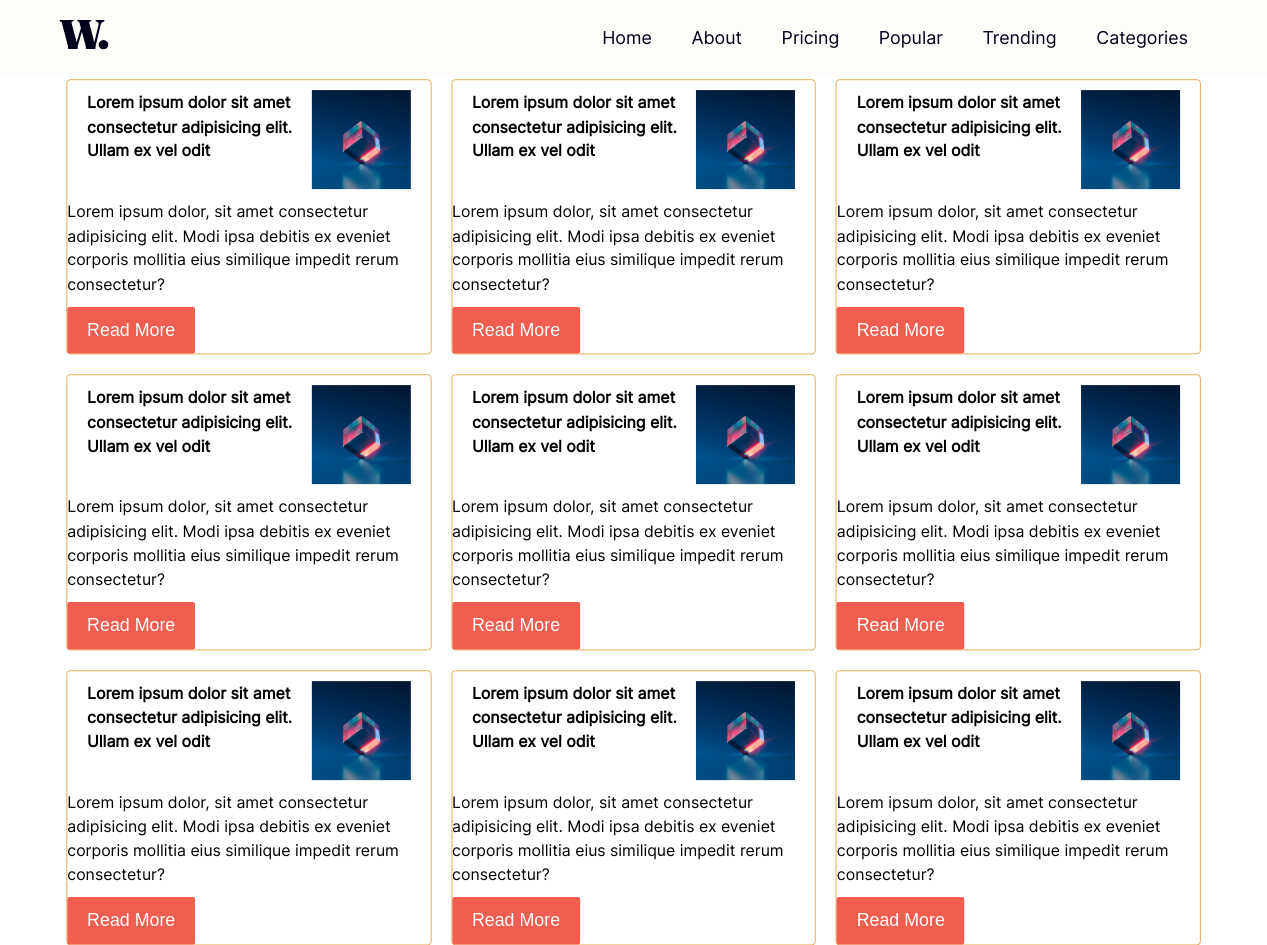
Repository: Benedict-Anthony/web3.0-blog-chain
Page: /trending
These files come from the project's save history. The page is drawn as it stood at one moment and after the next save; the edit follows.
The browser window is 1280 px wide. The pictures show the whole page, at 99% of full size.
The project was rebuilt for these pictures with package versions that can differ from the ones it lists, and the page was loaded fresh each time. The framework's server and built-in components were replaced by stand-ins that run in the browser. Also part of the build but not shown: next.config.js, styles/styles.css.

Above is the page before, as saved 2022-12-21 03:10:47.

### pages/_app.tsx
import '../styles/globals.scss'
import type { AppProps } from 'next/app'
import NavBar from '../components/NavBar'
import "@/styles/styles.css"
export default function App({ Component, pageProps }: AppProps) {
  return (
    <>
      <NavBar />
      <Component {...pageProps} />
    </>
  )
}

### pages/trending.tsx
import Layout from 'components/Layout'
import React from 'react'
import TrendingStyles from "@/styles/Trending.module.scss"
import Trending from 'components/Trending'
import { GetStaticProps } from 'next';

export const getStaticProps: GetStaticProps = async () => {
    // const apiKey = process.env.REACT_APP_RAPID_API_KEY || ""
    // const apiHost = process.env.REACT_APP_RAPID_NEWS_API_HOST || ""
    // // const params = {q: 'crytocurrency', freshness: 'Day', textFormat: 'Raw', safeSearch: 'Off'}
    // const url = `https://bing-news-search1.p.rapidapi.com/news/search?q=cryptocurrency&safeSearch=Off&textFormat=Raw&freshness=Day&count=100`
    // const config = {
    //     headers: {
    //         'X-RapidAPI-Key': apiKey,
    //         'X-RapidAPI-Host':apiHost,
    //         // "Accept-Language": "EN"
    //     }
    // }


    // const response = await fetch(url, config)
    // const data = await response.json()
    // console.log(data)
    return {
        props: {
            // news:data.value
            news:[1,2,3,4,5,6,7,8,9]
        }
    }
}
type TrendingProps = {
    news: {
        id: number
        name: string
        date: string
        slug: string
        image: { thumbnail: { contentUrl: string } }
        description:string
    }[]
}
const TrendingPage = ({news}:TrendingProps) => {

  return (
    <Layout>
          <section className={TrendingStyles.section}>
          {news.map((item) => (
              <Trending news={item} key={item.id}/>
          ))}



              </section>
    </Layout>

  )
}

export default TrendingPage

### styles/globals.scss
:root{
  --SoftOrange: hsl(35, 77%, 62%);
  --SoftRed: hsl(5, 85%, 63%);

  --Red: hsl(0, 78%, 62%);
  --Cyan: hsl(180, 62%, 55%);
  --Orange: hsl(34, 97%, 64%);
  --Blue: hsl(212, 86%, 64%);

  --OffWhite: hsl(36, 100%, 99%);
  --GrayishBlue: hsl(233, 8%, 79%);
  --DarkGrayishBlue: hsl(236, 13%, 42%);
  --VeryDarkBlue: hsl(240, 100%, 5%);
}

@font-face{
  font-family: "Inter";
  src: url("/landing/assets/fonts/static/inter-Bold.ttf");
  src: url("/landing/assets/fonts/static/inter-ExtraBold.ttf");
  src: url("/landing/assets/fonts/static/inter-Regular.ttf");
}

*::after, *::before, *{
  padding: 0;
  margin: 0;
  box-sizing: border-box;
  transition: all .3s ease;
  line-height: 1.54em;
}


ul,li{
  list-style: none;
}

html{
  scroll-behavior: smooth;
}

body{
  font-family: "Inter";
}

.swiper {
    overflow: visible;
}

### components/NavBar.tsx
import React from 'react'
import {useState} from "react"
import Image from 'next/image'
import Link from 'next/link';
import NavBarStyles from "@/styles/navBar.module.scss";

const NavBar = () => {
  const [mobileActive, setMobileActive] = useState(false)
  return (

        <header className={NavBarStyles.header}>
          <nav className={NavBarStyles.nav}>
               <div className="logo">
                <Image src="/landing/assets/images/logo.svg" alt="" width={50} height={30} />
              </div>

              <ul style={{
                right: mobileActive ? "0" : "calc(100vw + 50px)"
              }}>
                  <li><Link href={"/"}>Home</Link></li>
                  <li><Link href={"/about"}>About</Link></li>
                  <li><Link href={"/pricing"}>Pricing</Link></li>
                  <li><Link href={"/popular"}>Popular</Link></li>
                  <li><Link href={"/trending"}>Trending</Link></li>
                  <li><Link href={"/categories"}>Categories</Link></li>

              </ul>

                  <div className={NavBarStyles.toggler} onClick={() => setMobileActive(!mobileActive)}>
                      <Image src={`/landing/assets/images/${mobileActive ? "icon-menu-close.svg" : "icon-menu.svg"}`} alt="" width={25} height={20} />
            </div>

         </nav>
    </header>

  )
}

export default NavBar

### components/Layout.tsx
import React from 'react'
import UtilsStyles from "@/styles/Utils.module.scss";
import {ReactNode} from "react"

type layoutProps = {
    children: ReactNode
}
const Layout = ({children}:layoutProps) => {
  return (
    <main className={UtilsStyles.container}>
      <section className={UtilsStyles.spaceY}>
        {children}
      </section>
      </main>
  )
}

export default Layout

### styles/Trending.module.scss
.article{
    border: 1px solid var(--SoftOrange);
    border-radius: 4px;

    &:hover{
        transform: scale(.99);
    }
    div{
        width: 100%;
        position: relative;
        display: flex;
        justify-content: space-between;
        align-items: flex-start;
        img{
            width: 100px;
            float: right;
        }

    }

    div{
        padding: 10px 20px;
        // text-align: center;
        p{
            padding: 10px 0;
            font-size: 1.2rem;
            // text-align:left;
        }
    }
}

.section{
    display: grid;
    grid-template-columns: repeat(auto-fit, minmax(22rem, 1fr));
    justify-content: space-between;
    align-items: center;
    gap: 20px;
}

### components/Trending.tsx
import React from 'react'
import TrendingStyles from "@/styles/Trending.module.scss"
import Button from './Button'
type TrendingProps = {
    news: {
        id: number
        name: string
        date: string
        slug: string
      image: { thumbnail: { contentUrl: string } }
        description:string
    }
}

const Trending = ({news}:TrendingProps) => {
  return (
    <article className={TrendingStyles.article}>
      <div>
              <h4>Lorem ipsum dolor sit amet consectetur adipisicing elit. Ullam ex vel odit </h4>

              {/* <img src={news.image ? news.image.thumbnail.contentUrl : "nft/images/image-equilibrium.jpg"} alt="" /> */}
              <img src={"nft/images/image-equilibrium.jpg"} alt="" />
              <span>{news.date}</span>
          </div>

          {/* <div> */}
        {/* <p>{news.description}</p> */}
        <p>Lorem ipsum dolor, sit amet consectetur adipisicing elit. Modi ipsa debitis ex eveniet corporis mollitia eius similique impedit rerum consectetur?</p>

              <Button title='read more'/>
          {/* </div> */}
    </article>
  )
}

export default Trending

### styles/navBar.module.scss
.header{
    position: fixed;
    top: 0;
    right: 0;
    left: 0;
    // max-width: 1160px;
    margin: 0 auto;
    padding: 20px;
     background-color: var(--OffWhite);
     z-index:10;
    //  box-shadow:  2px 1px 3px var(--DarkGrayishBlue);
}

.nav{
    display: flex;
    justify-content: space-between;
    align-items: center;
     max-width: 1160px;
    margin: 0 auto;

    .logo{
        width: 50px;
    }

    ul{
        display: flex;
        align-items: center;
        justify-content: space-between;

        li{
            margin: 0 20px;

            a{
                text-decoration: none;
                font-size: 18px;
                color: var(--VeryDarkBlue);
                font-family: "Inter";
                font-weight: 400;
                &:hover{
                    color: var(--SoftRed);
                    cursor: pointer;
                }
            }
        }
    }

    @media(max-width:767px) {
        ul{
            position: absolute;
            top: 0;
            width: 80%;
            background-color: var(--OffWhite);
            box-shadow: 2px 2px 3px var(--DarkGrayishBlue);
            height: 100vh;
            flex-flow: column;
            justify-content: center;
            align-items: flex-start;
            padding-left: 10px;

            li{
                margin: 20px 0;

                a{
                    font-size: 22px;
                }
            }

        }


    }
}



.toggler{
        display: none;


        @media(max-width:767px) {
            display: block;
            z-index: 10;
        }
    }

### styles/Utils.module.scss
.container{
    max-width: 1160px;
    margin: 0 auto;
    overflow:hidden;
    padding: 0 7px;
}

.spaceY{
    padding-top: 2.5rem;
    margin-top: 2.5rem;
}

### components/Button.tsx
import React from 'react'
import ButtonbStyles from "@/styles/Button.module.scss"
type ButtonProps = {
    title:string
}
const Button = ({title}: ButtonProps) => {
  return (
    <button className={ButtonbStyles.button}>
      {title}
    </button>
  )
}

export default Button

### styles/Button.module.scss
.button{
    display: inline-block;
    color: var(--OffWhite);
    padding: 10px 20px;
    border: 0;
    background-color: var(--SoftRed);
    margin-top: 10px;
    font-size: 18px;
    border-radius: 2px;
    text-transform: capitalize;

    &:hover{
        cursor: pointer;
        background-color: var(--VeryDarkBlue);
    }
}

After the next save:
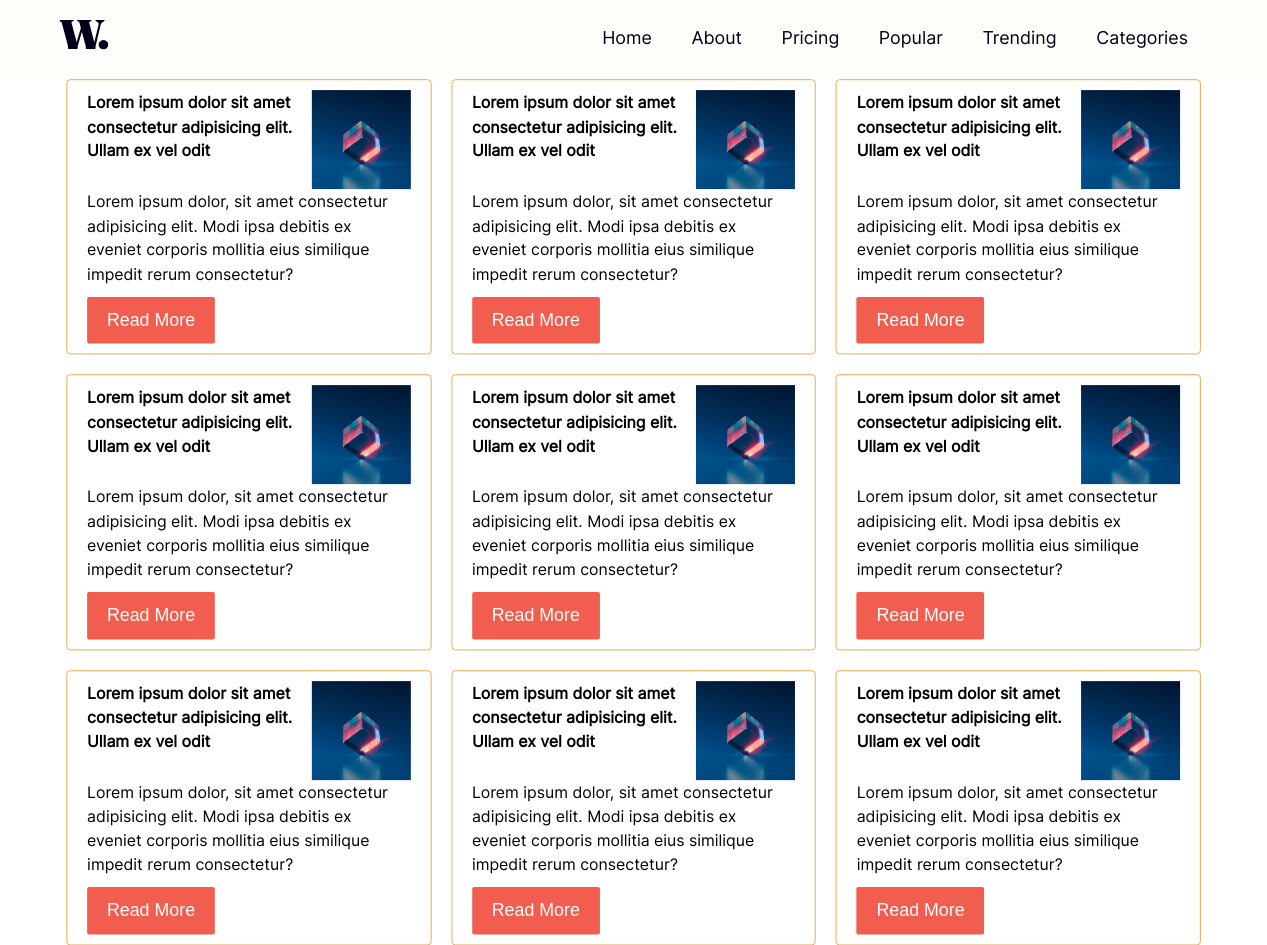
Saved 38 s later.
--- a/styles/Trending.module.scss
+++ b/styles/Trending.module.scss
@@ -1,6 +1,7 @@
 .article{
     border: 1px solid var(--SoftOrange);
     border-radius: 4px;
+    padding: 10px 20px;
 
     &:hover{
         transform: scale(.99);
@@ -18,15 +19,7 @@
 
     }
 
-    div{
-        padding: 10px 20px;
-        // text-align: center;
-        p{
-            padding: 10px 0;
-            font-size: 1.2rem;
-            // text-align:left;
-        }
-    }
+
 }
 
 .section{
